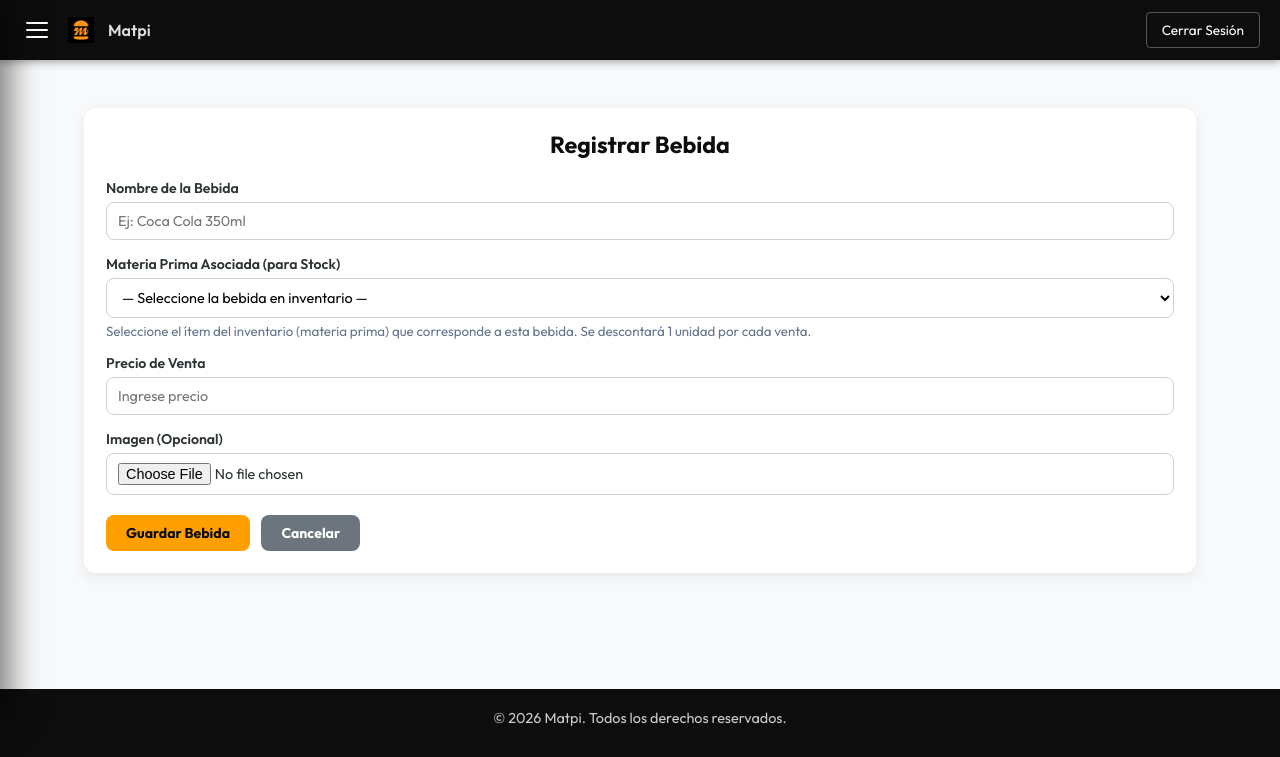
Repository: JuanFelipeNieto/MATPI-Python
Page: MATPI/productos/templates/productos/registrar_bebida.html
The author's editor kept a copy of each file at every save. The page is drawn from the files as they stood at one save, then again after the next save.
The browser window is 1280 px wide. The pictures show the whole page.
The template is drawn by Django 5.2. The application's start-up code is not run. The template is opened directly, without the code that normally fills it, so the values that code supplies are empty.

Above is the page before, as saved 2026-03-19 08:16:09.

After the next save:
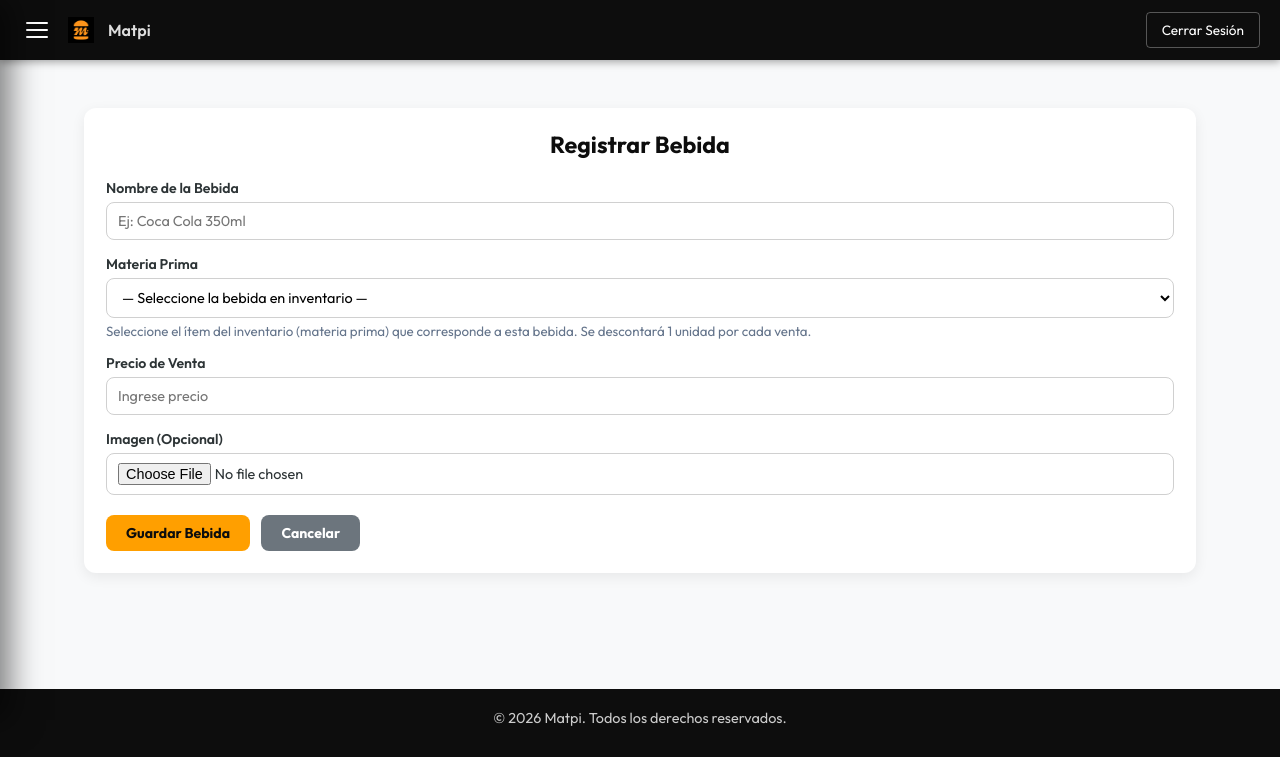
Saved 3 min 16 s later.
--- a/MATPI/productos/templates/productos/registrar_bebida.html
+++ b/MATPI/productos/templates/productos/registrar_bebida.html
@@ -18,7 +18,7 @@
         </div>
 
         <div class="form-group">
-            <label for="materia_id">Materia Prima Asociada (para Stock)</label>
+            <label for="materia_id">Materia Prima </label>
             <select name="materia_id[]" id="materia_id" class="form-control" required>
                 <option value="">— Seleccione la bebida en inventario —</option>
                 {% for materia in materias_primas %}
